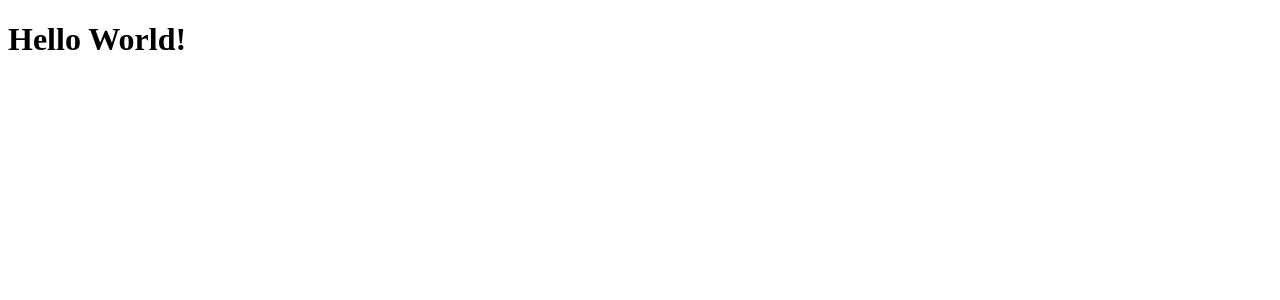
Repository: evanpalmer002/WEBD6201-W2021-Week1a
Page: index.html
An editor plug-in stored every save of this project. The page is shown before and after the next save, followed by the edit.
The browser window is 1280 px wide. The pictures show the whole page.

Above is the page before, as saved 2021-01-11 09:16:01.

After the next save:
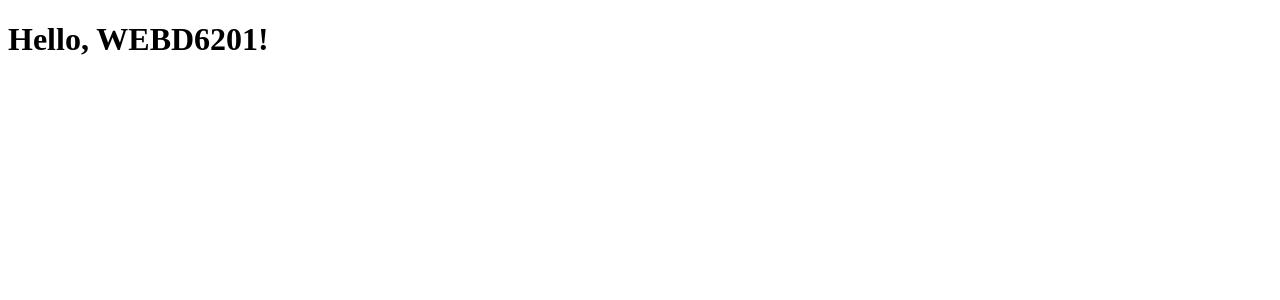
Saved 11 min 12 s later.
--- a/index.html
+++ b/index.html
@@ -8,7 +8,7 @@
 </head>
 <body>
     <div>
-        <h1>Hello World!</h1>
+        <h1>Hello, WEBD6201!</h1>
     </div>
 
 

After the save that followed:
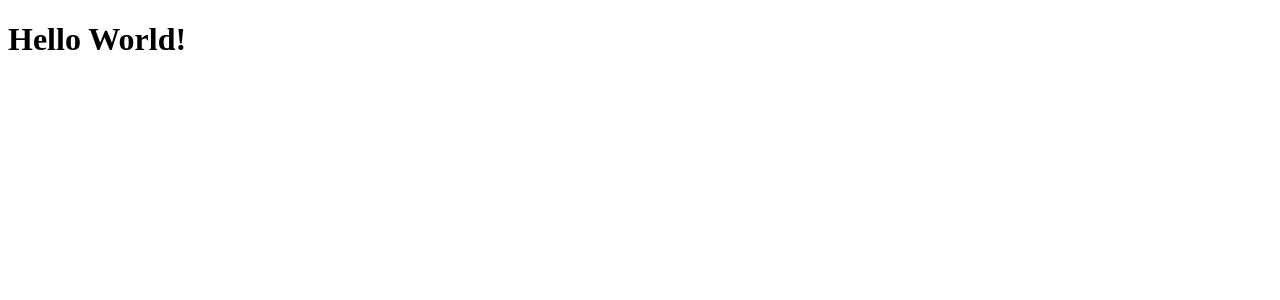
Saved 37 s later.
--- a/index.html
+++ b/index.html
@@ -8,7 +8,7 @@
 </head>
 <body>
     <div>
-        <h1>Hello, WEBD6201!</h1>
+        <h1>Hello World!</h1>
     </div>
 
 
